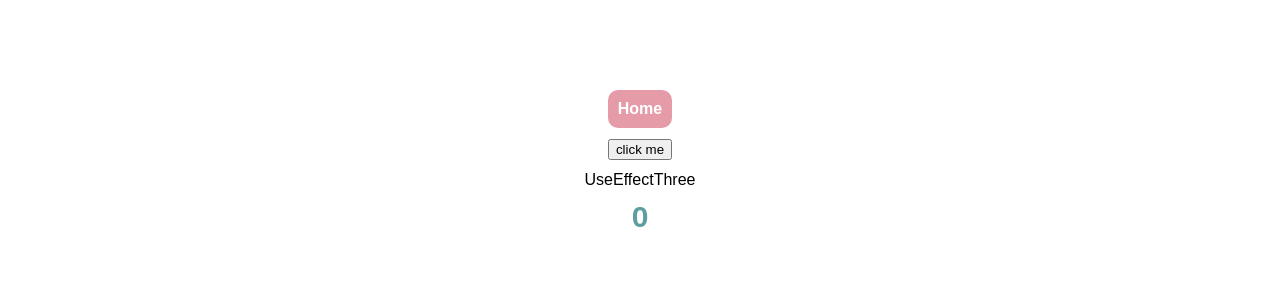
Repository: jjennbui/class8
Page: /useEffectThree
These files come from the project's save history. The page is drawn as it stood at one moment and after the next save; the edit follows.
The browser window is 1280 px wide. The pictures show the whole page.
The project was rebuilt for these pictures with package versions that can differ from the ones it lists, and the page was loaded fresh each time. The framework's server and built-in components were replaced by stand-ins that run in the browser. Also part of the build but not shown: next.config.js.

Above is the page before, as saved 2023-02-20 18:10:29.

### pages/useEffectThree.js
import Link from "next/link"
import { use, useEffect, useState } from "react"
import styles from '@/styles/UseEffectThree.module.css'


export default function UseEffectThree(){
    const [number, setNumber] = useState (0);

    const [value, setValue] = useState (-10);

    useEffect(() => {
        setValue(value + 10)
    }, [number])

    return(
        <>
         <div className={styles.main}>
        <Link  className={styles.home} href="/">Home</Link>
        <div>
           <button className={styles.btn} onClick={() => setNumber(number + 1)}>click me</button>
        </div>
        <div>
            UseEffectThree
        </div>
        <div className={styles.number}>
        {value}
        </div>
        </div>
        </>
    )
}

### styles/globals.css
:root {

}

### styles/UseEffectThree.module.css
.main{
    font-family: Arial, Helvetica, sans-serif;
    display: flex;
    flex-direction: column;
    justify-content: space-between;
    align-items: center;
    padding: 5rem;
    min-height: 20vh;
    margin: 10px;

  }

  .number{
      font-weight: bold;
      color: cadetblue;
      font-size: 30px;
  }

  .home{
      color: white;
      text-decoration: none;
      font-family: Arial, Helvetica, sans-serif;
      font-weight: bold;
      background-color: rgb(230, 155, 168);
      padding: 10px;
      border-radius: 10px;
  }

  .btn{
    .button-1 {
      background-color: #EA4C89;
      border-radius: 8px;
      border-style: none;
      box-sizing: border-box;
      color: #FFFFFF;
      cursor: pointer;
      display: inline-block;
      font-family: "Haas Grot Text R Web", "Helvetica Neue", Helvetica, Arial, sans-serif;
      font-size: 14px;
      font-weight: 500;
      height: 40px;
      line-height: 20px;
      list-style: none;
      margin: 0;
      outline: none;
      padding: 10px 16px;
      position: relative;
      text-align: center;
      text-decoration: none;
      transition: color 100ms;
      vertical-align: baseline;
      user-select: none;
      -webkit-user-select: none;
      touch-action: manipulation;
    }

    .button-1:hover,
    .button-1:focus {
      background-color: #F082AC;
    }


  }

Loaded but not shown: pages/_app.js (common file); pages/_document.js (common file)

After the next save:
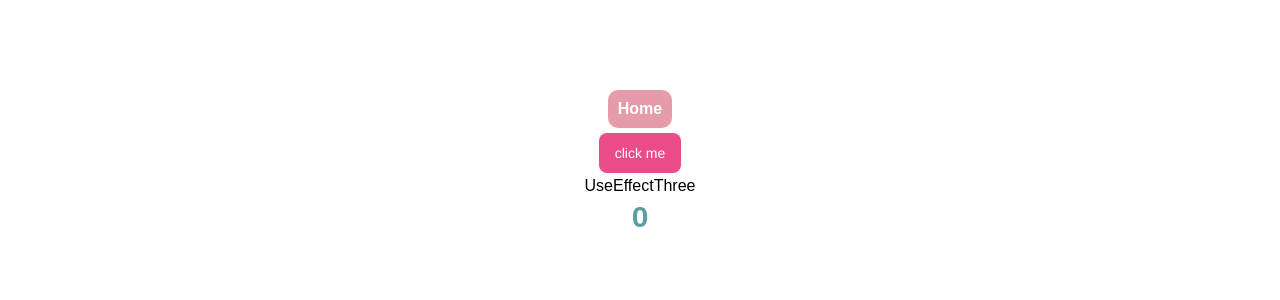
Saved 8 s later.
--- a/styles/UseEffectThree.module.css
+++ b/styles/UseEffectThree.module.css
@@ -27,7 +27,6 @@
   }
 
   .btn{
-    .button-1 {
       background-color: #EA4C89;
       border-radius: 8px;
       border-style: none;
